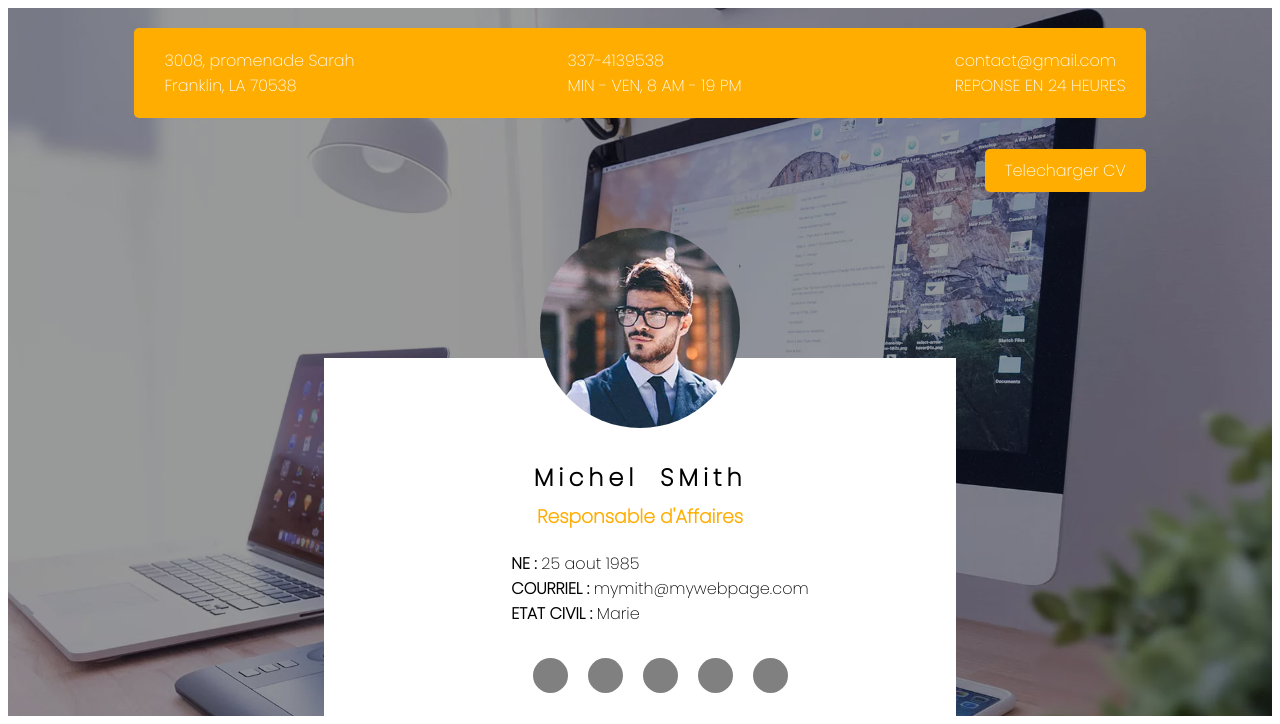
Repository: wadelfadill/CV_PORTFOLIO
Page: index.html
These files come from the project's save history. The page is drawn as it stood at one moment and after the next save; the edit follows.
The browser window is 1280 px wide. The pictures show the whole page.
Some icons come from a web library that is not loaded, so they are not drawn. Backgrounds fixed to the window are drawn as part of the page.

Above is the page before, as saved 2023-03-14 10:10:35.

After the next save:
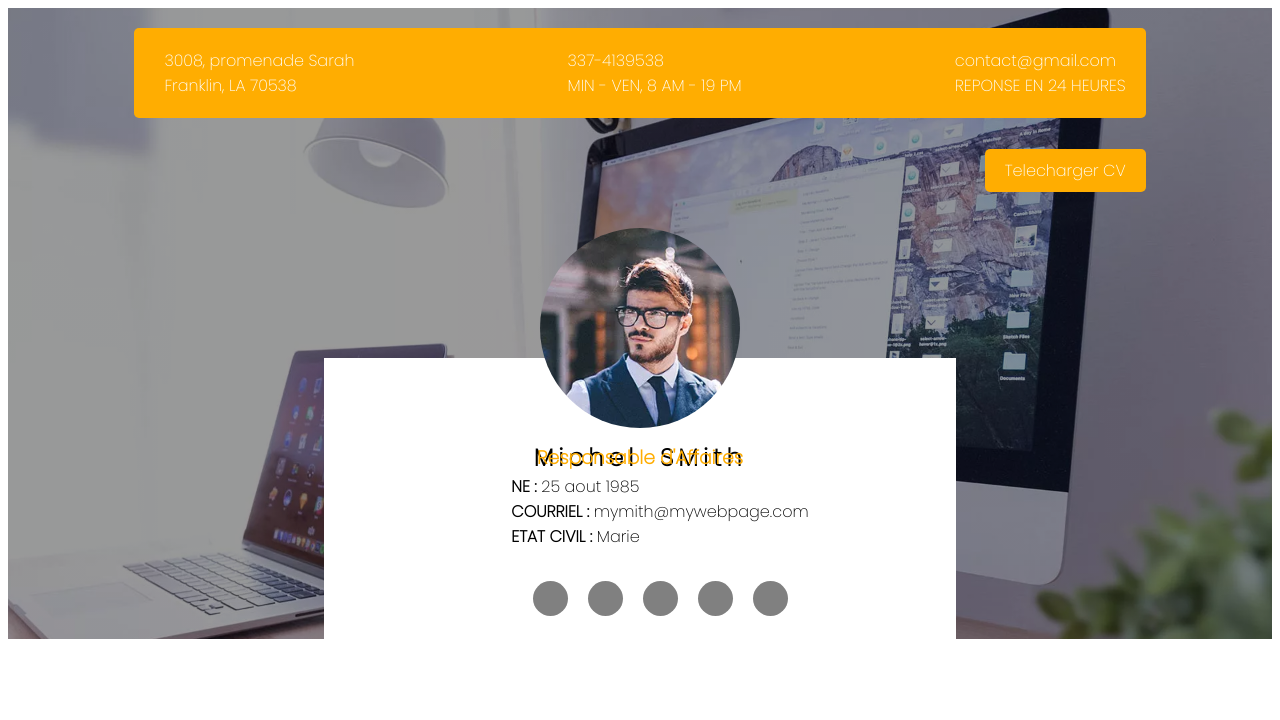
Saved 95 s later.
--- a/style.css
+++ b/style.css
@@ -126,7 +126,9 @@ li{
     word-spacing: 10px;
     letter-spacing: 5px;
     font-weight: 1500;
+    margin: 0;
 }
 .img h3{
+    margin: 0;
     color: #FFAD01;
 }
